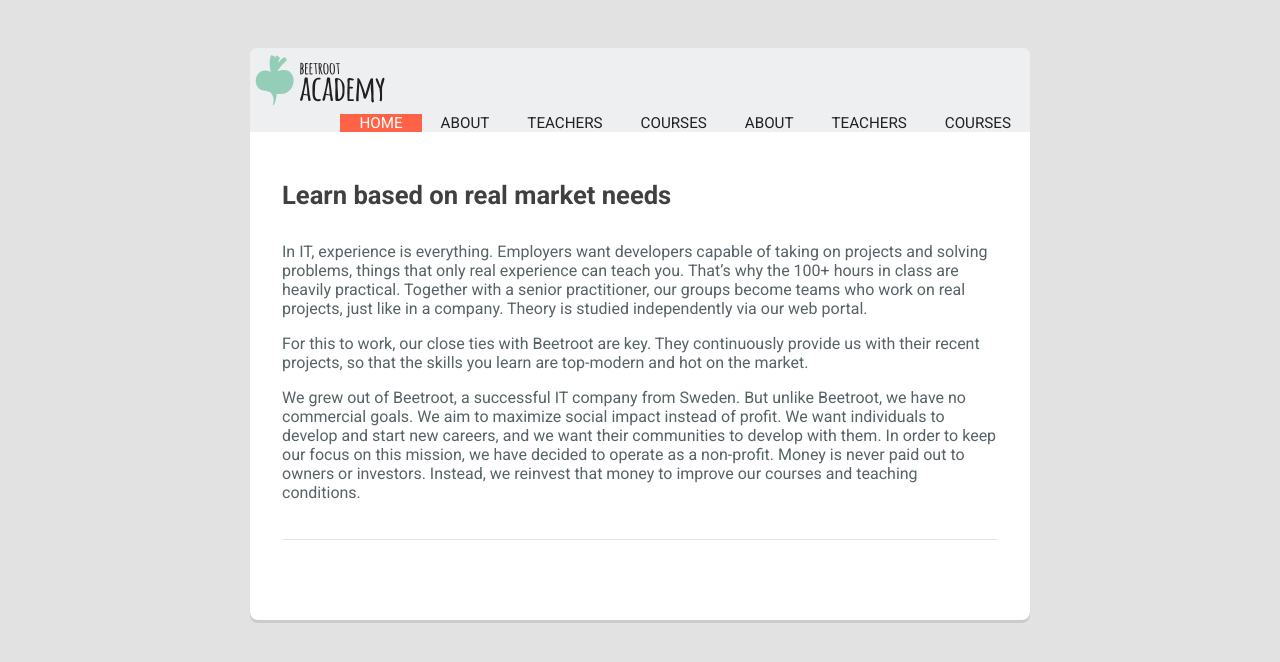
Repository: AlSemyon/router
Page: /
The author's editor kept a copy of each file at every save. The page is drawn from the files as they stood at one save, then again after the next save.
The browser window is 1280 px wide. The pictures show the whole page.
The project was rebuilt for these pictures with package versions that can differ from the ones it lists, and the page was loaded fresh each time. Also part of the build but not shown: src/components/About.js, src/data.js, src/components/Teachers.js, src/components/Courses.js.

Above is the page before, as saved 2018-12-28 20:40:39.

After the next save:
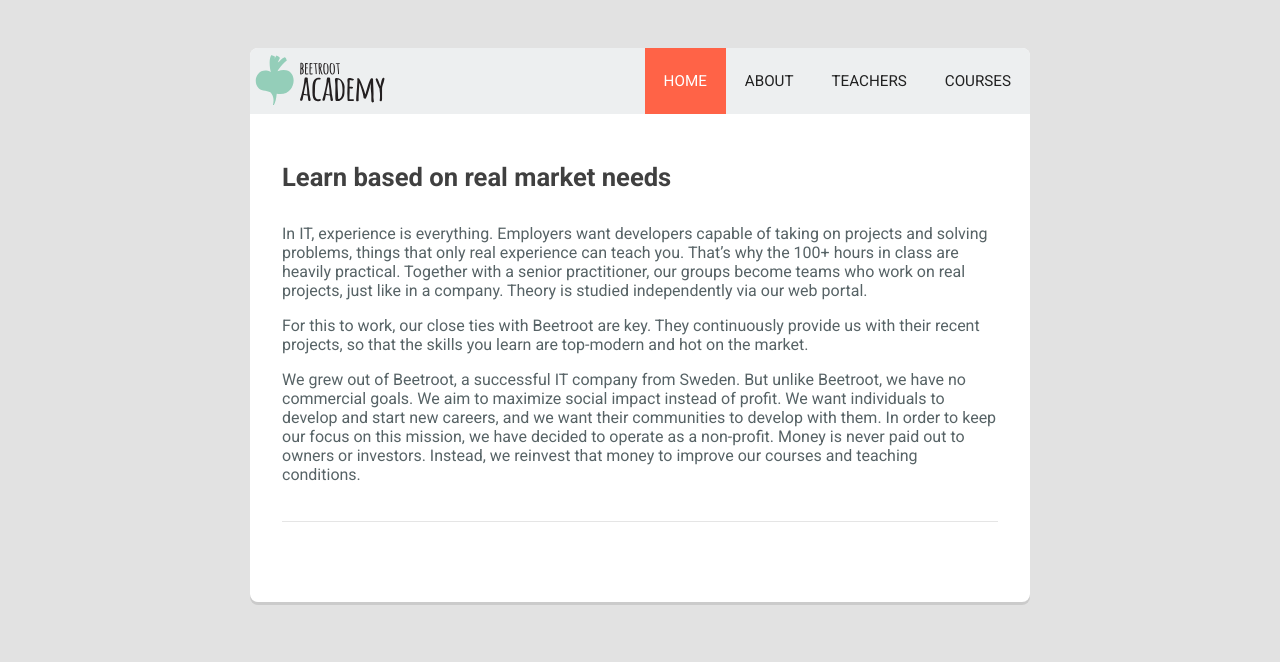
Saved 5 s later.
--- a/src/components/Header.js
+++ b/src/components/Header.js
@@ -9,10 +9,6 @@
        <li><NavLink exact to='/about' activeClassName="myActiveClass">About</NavLink></li>
        <li><NavLink exact to='/teachers'>Teachers</NavLink></li>
        <li><NavLink exact to='/courses'>Courses</NavLink></li>
-
-        <li><a href="#">About</a></li>
-        <li><a href="#">Teachers</a></li>
-      <li><a href="#">Courses</a></li>
     </ul>
   </header>
 );
